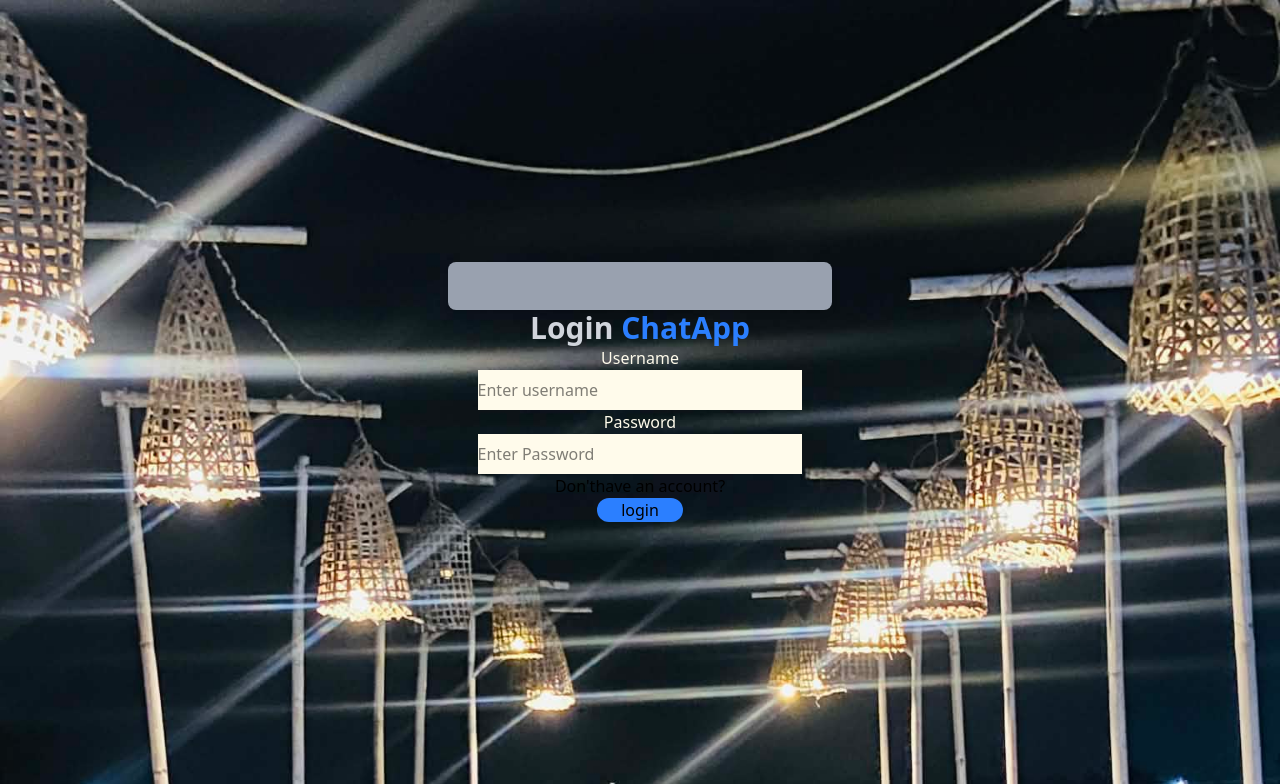
Repository: ridhukhan/chatapp
Page: / (app in frontend/)
The author's editor kept a copy of each file at every save. The page is drawn from the files as they stood at one save, then again after the next save.
The browser window is 1280 px wide. The pictures show the whole page.
Backgrounds fixed to the window are drawn as part of the page. The project was rebuilt for these pictures with package versions that can differ from the ones it lists, and the page was loaded fresh each time. Also part of the build but not shown: frontend/vite.config.js.

Above is the page before, as saved 2025-12-25 13:02:21.

After the next save:
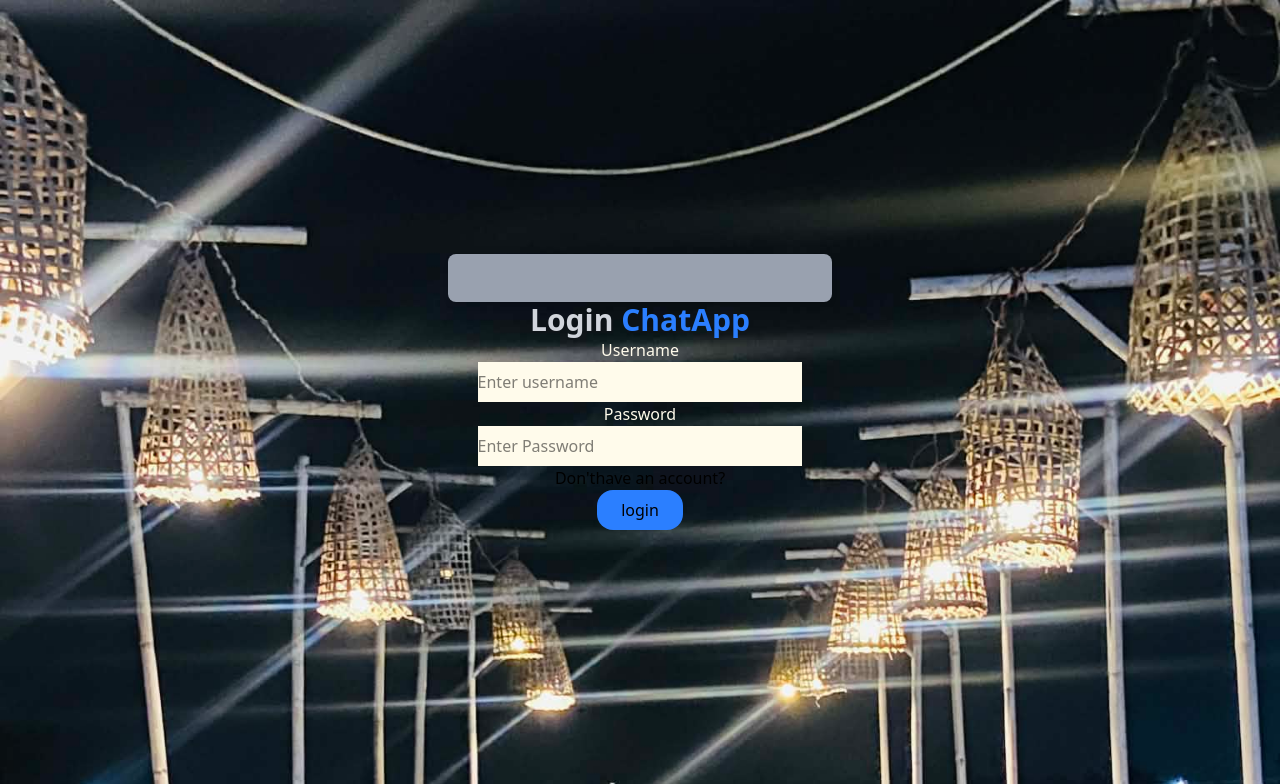
Saved 9 s later.
--- a/frontend/src/Pages/login/Login.jsx
+++ b/frontend/src/Pages/login/Login.jsx
@@ -39,7 +39,7 @@
 <a href='#'>{"Don't" }have an account?</a>
 
 <div>
-<button className='bg-blue-500 px-6 rounded-2xl'> login</button>
+<button className='bg-blue-500 px-6 rounded-2xl py-2'> login</button>
 
 </div>
 </form>
